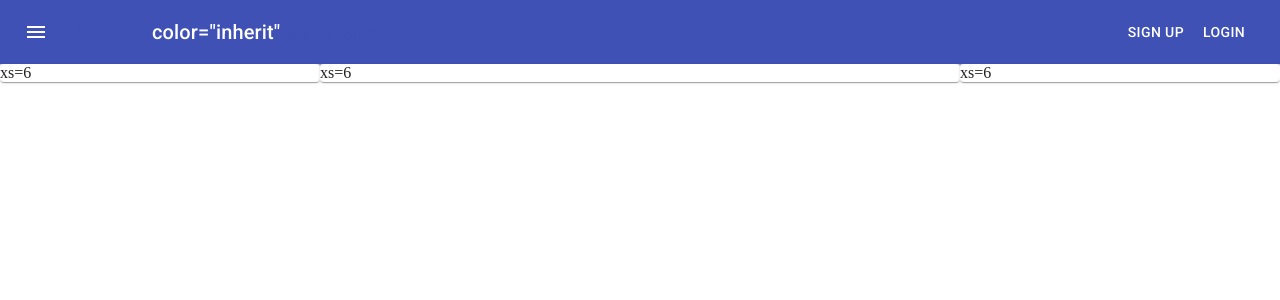
Repository: DaNiels89/lifemanagerreact
Page: /about
The author's editor kept a copy of each file at every save. The page is drawn from the files as they stood at one save, then again after the next save.
The browser window is 1280 px wide. The pictures show the whole page.
The project was rebuilt for these pictures with package versions that can differ from the ones it lists, and the page was loaded fresh each time.

Above is the page before, as saved 2020-03-13 14:50:45.

After the next save:
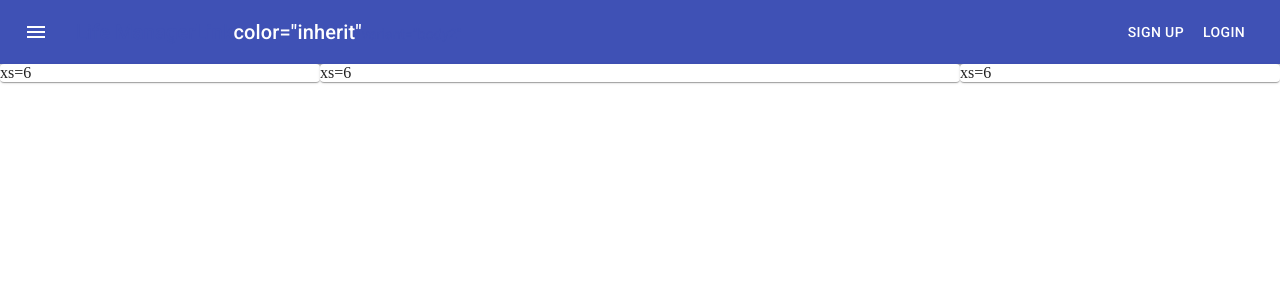
Saved 6 s later.
--- a/src/components/layout/Header.js
+++ b/src/components/layout/Header.js
@@ -38,7 +38,7 @@ export default function Header() {
           </IconButton>
           <Typography variant="h6" className={classes.title}>
             <Link href="#" onClick={preventDefault}>
-              Link
+              Life Manager
             </Link>
             <Link href="#" onClick={preventDefault}>
               Link
